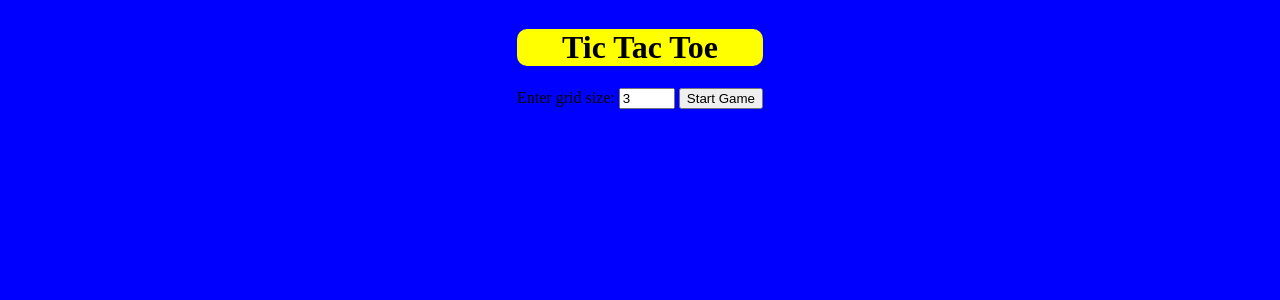
Repository: Shamraiz761/tik_tak_toe_game
Page: index.html
These files come from the project's save history. The page is drawn as it stood at one moment and after a run of saves; the edit follows.
The browser window is 1280 px wide. The pictures show the whole page.

Above is the page before, as saved 2024-01-09 11:48:48.

### index.html
<!DOCTYPE html>
<html>
  <head>
    <title>Tic Tac Toe</title>
    <link rel="stylesheet" type="text/css" href="styles.css" />
  </head>
  <body>
    <div>
      <h1 class="header">Tic Tac Toe</h1>
      <label for="sizeInput">Enter grid size:</label>
      <input type="number" id="sizeInput" min="3" max="10" value="3" />
      <button onclick="startGame()">Start Game</button>
<div style="display: flex;justify-content: center;">
      <div id="board" style="margin-top: 20px; "></div>
      </div>


      <div id="status" style="margin-top: 20px; text-align: center;"></div>

    </div>
    <script src="tik_tak.js"></script>
  </body>
</html>

### styles.css
body{
    display: flex;
    justify-content: center;
    align-items: center;

    background-color: blue;
}
.header{
    text-align: center;
    background-color: yellow;
    border-radius: 10px;
    font-weight: bold;
}
.cell {
    width: 50px;
    height: 50px;
    border: 2px solid #000;
    display: inline-block;
    text-align: center;
    line-height: 50px;
    font-size: 20px;
    margin-left: 3px;
  }

### tik_tak.js
let currentPlayer = 'X';
let boardSize = 3;
let board = [];

function startGame() {
  boardSize = parseInt(document.getElementById("sizeInput").value);
  createBoard();
}

function createBoard() {
  board = [];
  let html = '';
  for (let i = 0; i < boardSize; i++) {
    board.push(Array(boardSize).fill(''));
    for (let j = 0; j < boardSize; j++) {
      html += `<div class="cell" data-row="${i}" data-col="${j}" onclick="cellClick(${i}, ${j})"></div>`;
    }
    html += '<br>';
  }
  document.getElementById("board").innerHTML = html;
  document.getElementById("status").innerHTML = `Player ${currentPlayer}'s turn`;
}

function cellClick(row, col) {
  if (board[row][col] === '') {
    board[row][col] = currentPlayer;
    document.querySelector(`[data-row="${row}"][data-col="${col}"]`).innerText = currentPlayer;

    if (checkWin(row, col)) {
      document.getElementById("status").innerText = `Player ${currentPlayer} wins!`;
    } else if (checkDraw()) {
      document.getElementById("status").innerText = 'It\'s a draw!';
    } else {
      currentPlayer = currentPlayer === 'X' ? 'O' : 'X';
      document.getElementById("status").innerText = `Player ${currentPlayer}'s turn`;
    }
  }
}

function checkWin(row, col) {
  const symbols = ['X', 'O'];
  for (let s of symbols) {
    let win = true;

    for (let i = 0; i < boardSize; i++) {
      if (board[row][i] !== s) {
        win = false;
        break;
      }
    }
    if (win) return true;


    win = true;
    for (let i = 0; i < boardSize; i++) {
      if (board[i][col] !== s) {
        win = false;
        break;
      }
    }
    if (win) return true;


    win = true;
    for (let i = 0; i < boardSize; i++) {
      if (board[i][i] !== s) {
        win = false;
        break;
      }
    }
    if (win) return true;


    win = true;
    for (let i = 0; i < boardSize; i++) {
      if (board[i][boardSize - 1 - i] !== s) {
        win = false;
        break;
      }
    }
    if (win) return true;
  }
  return false;
}

function checkDraw() {
  for (let i = 0; i < boardSize; i++) {
    for (let j = 0; j < boardSize; j++) {
      if (board[i][j] === '') {
        return false;
      }
    }
  }
  return true;
}

After the next 4 saves:
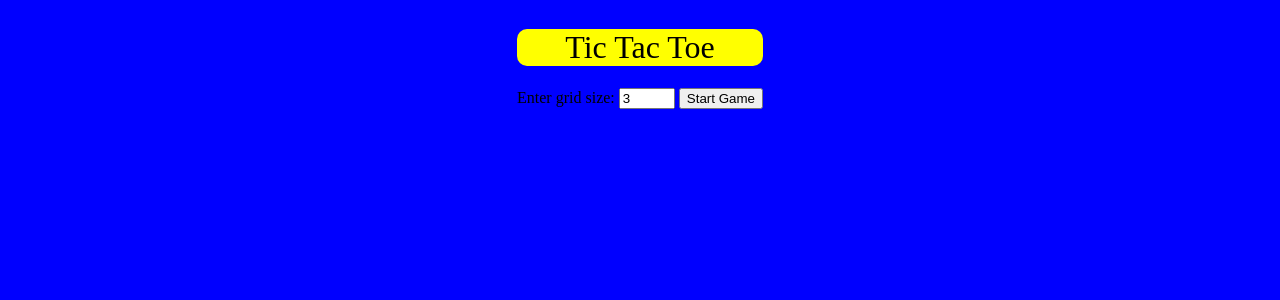
The 4 saves are shown as one change because they came seconds apart.
The last was saved 12 s later.
--- a/styles.css
+++ b/styles.css
@@ -9,7 +9,7 @@ body{
     text-align: center;
     background-color: yellow;
     border-radius: 10px;
-    font-weight: bold;
+    font-weight: 300;
 }
 .cell {
     width: 50px;
